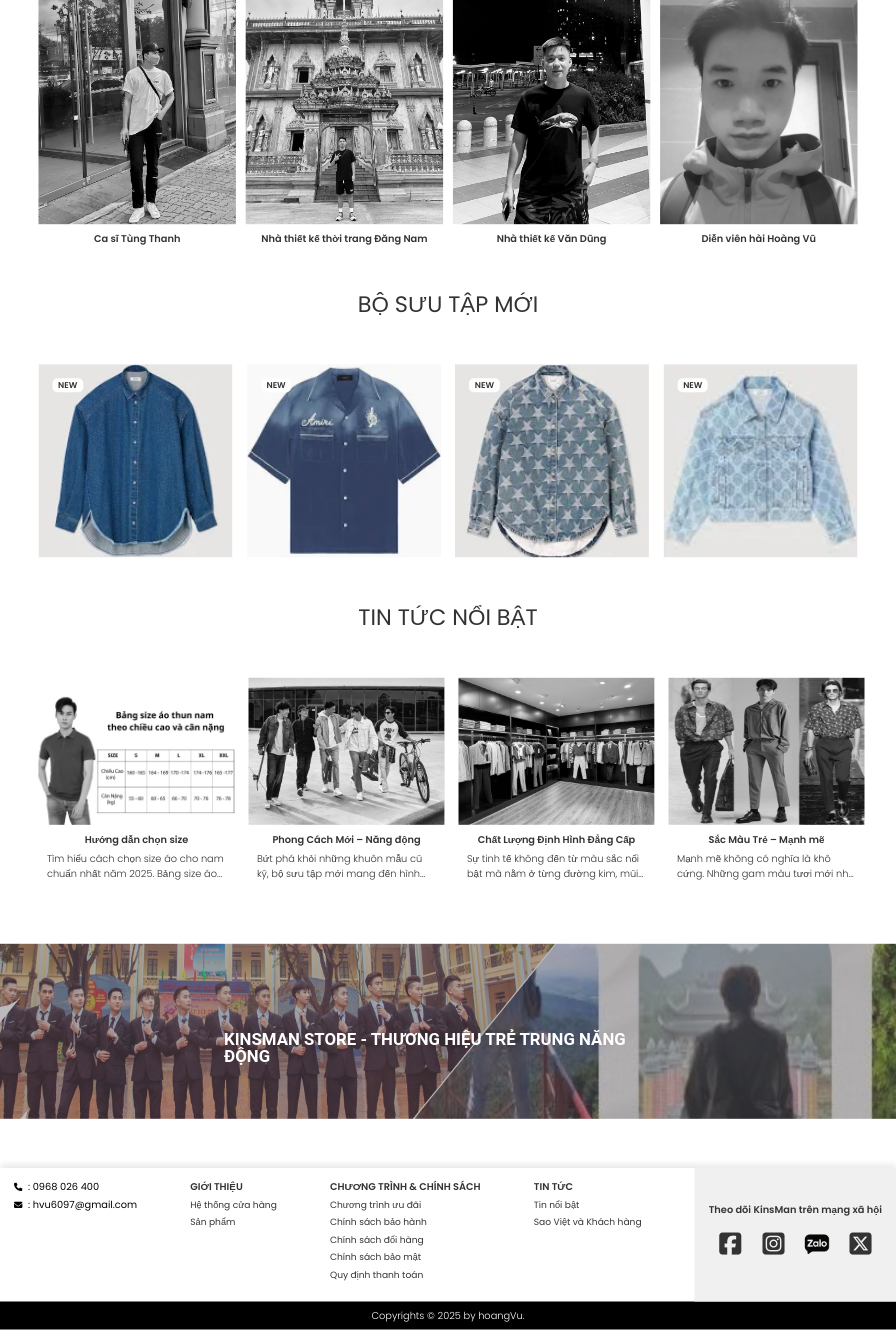
Repository: hoang28092000/kinsmanClothes
Page: index.html
The author's editor kept a copy of each file at every save. The page is drawn from the files as they stood at one save, then again after a run of saves.
The browser window is 1280 px wide. The pictures show the part of the page from y = 1675 to 3595 px (the page is 3575 px tall before and 3595 px after), at 70% of full size.

Above is the page before, as saved 2025-05-12 19:55:27.

After the next 2 saves:
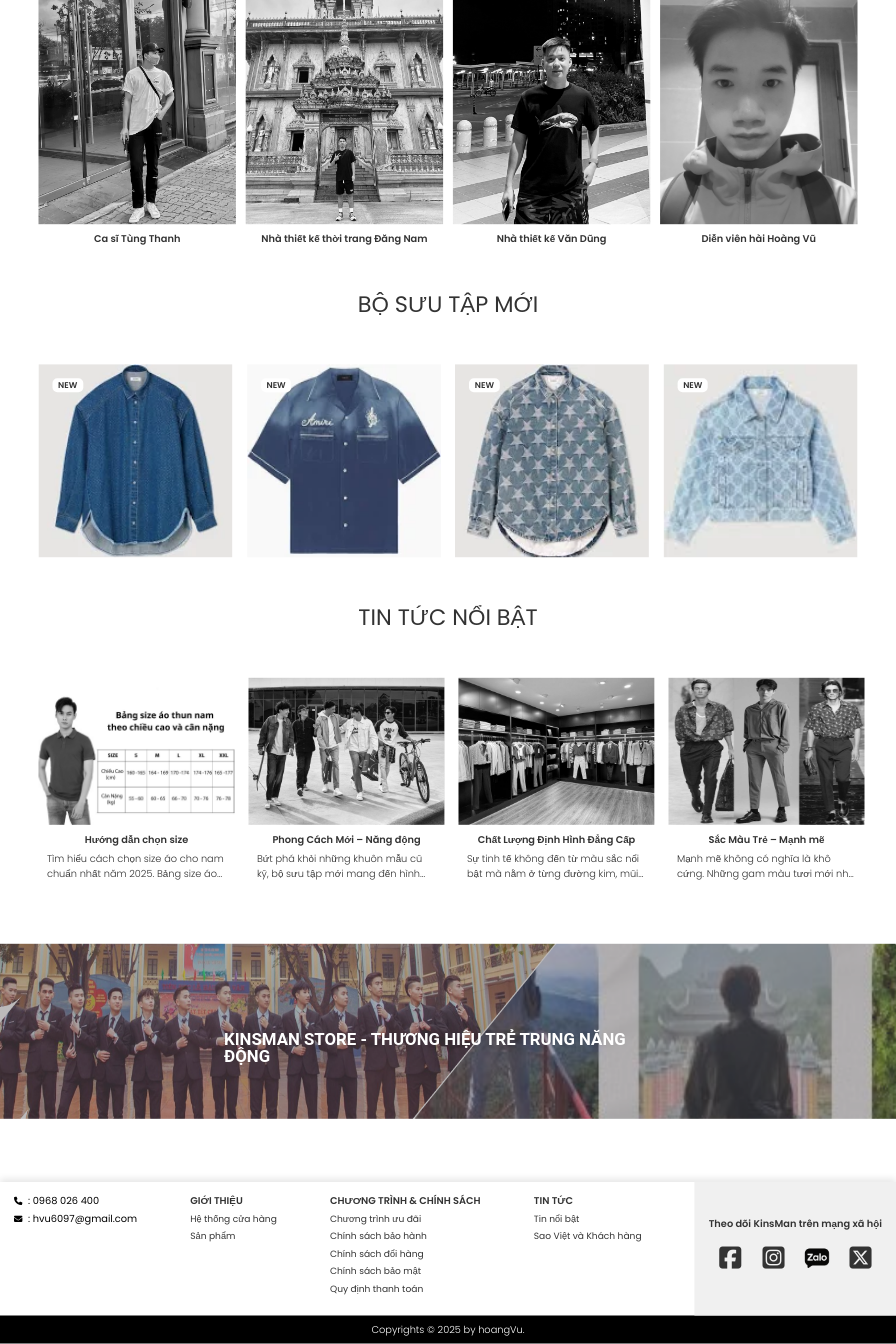
The 2 saves are shown as one change because they came seconds apart.
The last was saved 54 s later.
--- a/css/main.css
+++ b/css/main.css
@@ -478,3 +478,33 @@ header .logo img {
   background-color: #333;
   cursor: pointer;
 }
+
+
+.search-results {
+  margin-top: 20px;
+  display: flex;
+  flex-wrap: wrap;
+  gap: 20px;
+}
+
+.product-item {
+  border: 1px solid #ddd;
+  padding: 10px;
+  width: 200px;
+  text-align: center;
+}
+
+.product-item img {
+  max-width: 100%;
+  height: auto;
+}
+
+.product-item h3 {
+  font-size: 16px;
+  margin: 10px 0;
+}
+
+.product-item p {
+  font-size: 14px;
+  color: #555;
+}
